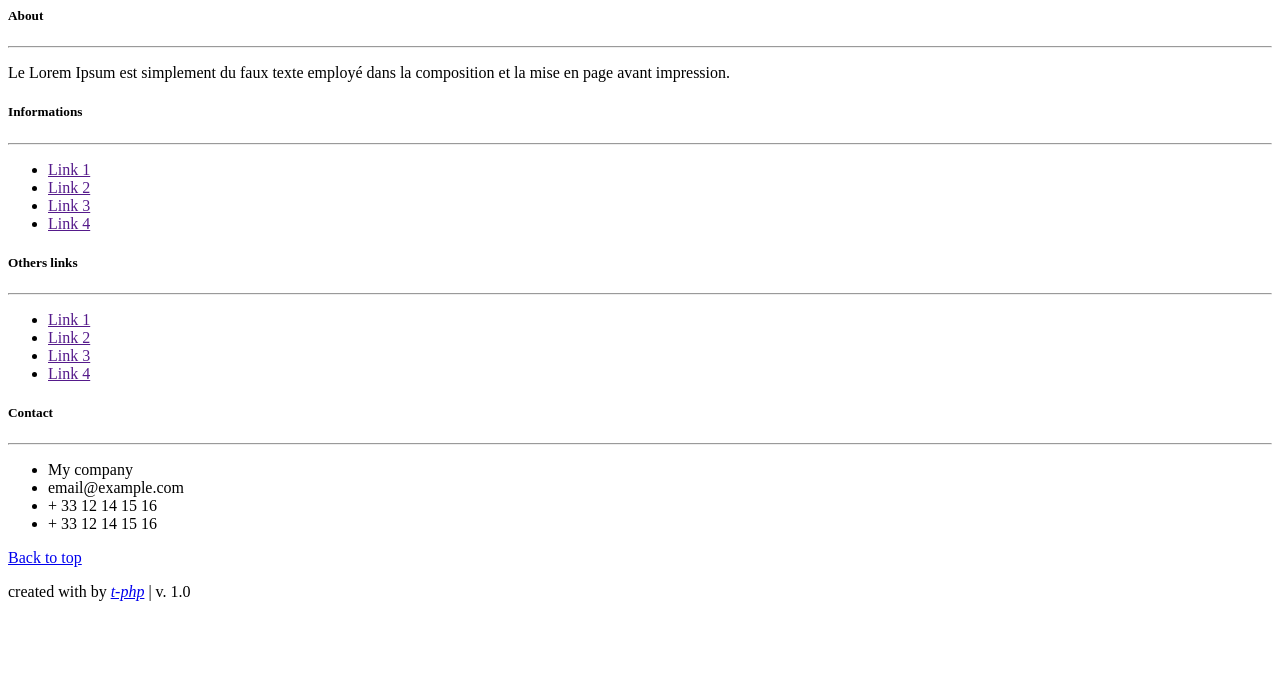
Repository: vule2809/LTW-20146307
Page: http://localhost/Banxemay_nhom10/common/user/footer.jsp
An editor plug-in stored every save of this project. The page is shown before and after the next save, followed by the edit.
The browser window is 1280 px wide. The pictures show the whole page.
The page is served by Tomcat 9. Nobody is signed in. The application's start-up code is not run. Other server files are loaded and not shown.

Above is the page before, as saved 2023-12-10 00:46:56.

### Banxemay_nhom10/src/main/webapp/common/user/footer.jsp
<%@ page language="java" contentType="text/html; charset=UTF-8"
    pageEncoding="UTF-8"%>

<!-- Footer -->
<footer class="text-light">
    <div class="container">
        <div class="row">
            <div class="col-md-3 col-lg-4 col-xl-3">
                <h5>About</h5>
                <hr class="bg-white mb-2 mt-0 d-inline-block mx-auto w-25">
                <p class="mb-0">
                    Le Lorem Ipsum est simplement du faux texte employé dans la composition et la mise en page avant impression.
                </p>
            </div>

            <div class="col-md-2 col-lg-2 col-xl-2 mx-auto">
                <h5>Informations</h5>
                <hr class="bg-white mb-2 mt-0 d-inline-block mx-auto w-25">
                <ul class="list-unstyled">
                    <li><a href="">Link 1</a></li>
                    <li><a href="">Link 2</a></li>
                    <li><a href="">Link 3</a></li>
                    <li><a href="">Link 4</a></li>
                </ul>
            </div>

            <div class="col-md-3 col-lg-2 col-xl-2 mx-auto">
                <h5>Others links</h5>
                <hr class="bg-white mb-2 mt-0 d-inline-block mx-auto w-25">
                <ul class="list-unstyled">
                    <li><a href="">Link 1</a></li>
                    <li><a href="">Link 2</a></li>
                    <li><a href="">Link 3</a></li>
                    <li><a href="">Link 4</a></li>
                </ul>
            </div>

            <div class="col-md-4 col-lg-3 col-xl-3">
                <h5>Contact</h5>
                <hr class="bg-white mb-2 mt-0 d-inline-block mx-auto w-25">
                <ul class="list-unstyled">
                    <li><i class="fa fa-home mr-2"></i> My company</li>
                    <li><i class="fa fa-envelope mr-2"></i> email@example.com</li>
                    <li><i class="fa fa-phone mr-2"></i> + 33 12 14 15 16</li>
                    <li><i class="fa fa-print mr-2"></i> + 33 12 14 15 16</li>
                </ul>
            </div>
            <div class="col-12 copyright mt-3">
                <p class="float-left">
                    <a href="#">Back to top</a>
                </p>
                <p class="text-right text-muted">created with <i class="fa fa-heart"></i> by <a href="https://t-php.fr/43-theme-ecommerce-bootstrap-4.html"><i>t-php</i></a> | <span>v. 1.0</span></p>
            </div>
        </div>
    </div>
</footer>

After the next save:
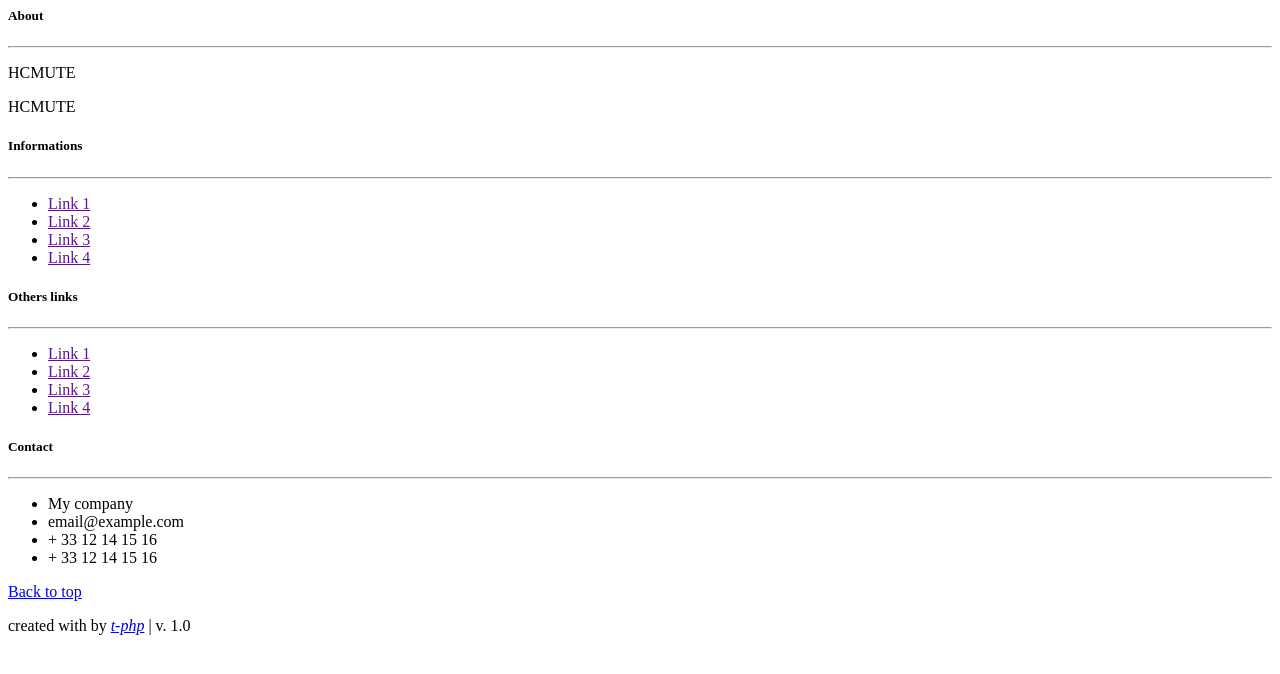
Saved 3 min 4 s later.
--- a/Banxemay_nhom10/src/main/webapp/common/user/footer.jsp
+++ b/Banxemay_nhom10/src/main/webapp/common/user/footer.jsp
@@ -1,56 +1,59 @@
 <%@ page language="java" contentType="text/html; charset=UTF-8"
-    pageEncoding="UTF-8"%>
+	pageEncoding="UTF-8"%>
 
 <!-- Footer -->
 <footer class="text-light">
-    <div class="container">
-        <div class="row">
-            <div class="col-md-3 col-lg-4 col-xl-3">
-                <h5>About</h5>
-                <hr class="bg-white mb-2 mt-0 d-inline-block mx-auto w-25">
-                <p class="mb-0">
-                    Le Lorem Ipsum est simplement du faux texte employé dans la composition et la mise en page avant impression.
-                </p>
-            </div>
+	<div class="container">
+		<div class="row">
+			<div class="col-md-3 col-lg-4 col-xl-3">
+				<h5>About</h5>
+				<hr class="bg-white mb-2 mt-0 d-inline-block mx-auto w-25">
+				<p class="mb-0">HCMUTE</p>
+				<p class="mb-0">HCMUTE</p>
+			</div>
 
-            <div class="col-md-2 col-lg-2 col-xl-2 mx-auto">
-                <h5>Informations</h5>
-                <hr class="bg-white mb-2 mt-0 d-inline-block mx-auto w-25">
-                <ul class="list-unstyled">
-                    <li><a href="">Link 1</a></li>
-                    <li><a href="">Link 2</a></li>
-                    <li><a href="">Link 3</a></li>
-                    <li><a href="">Link 4</a></li>
-                </ul>
-            </div>
+			<div class="col-md-2 col-lg-2 col-xl-2 mx-auto">
+				<h5>Informations</h5>
+				<hr class="bg-white mb-2 mt-0 d-inline-block mx-auto w-25">
+				<ul class="list-unstyled">
+					<li><a href="">Link 1</a></li>
+					<li><a href="">Link 2</a></li>
+					<li><a href="">Link 3</a></li>
+					<li><a href="">Link 4</a></li>
+				</ul>
+			</div>
 
-            <div class="col-md-3 col-lg-2 col-xl-2 mx-auto">
-                <h5>Others links</h5>
-                <hr class="bg-white mb-2 mt-0 d-inline-block mx-auto w-25">
-                <ul class="list-unstyled">
-                    <li><a href="">Link 1</a></li>
-                    <li><a href="">Link 2</a></li>
-                    <li><a href="">Link 3</a></li>
-                    <li><a href="">Link 4</a></li>
-                </ul>
-            </div>
+			<div class="col-md-3 col-lg-2 col-xl-2 mx-auto">
+				<h5>Others links</h5>
+				<hr class="bg-white mb-2 mt-0 d-inline-block mx-auto w-25">
+				<ul class="list-unstyled">
+					<li><a href="">Link 1</a></li>
+					<li><a href="">Link 2</a></li>
+					<li><a href="">Link 3</a></li>
+					<li><a href="">Link 4</a></li>
+				</ul>
+			</div>
 
-            <div class="col-md-4 col-lg-3 col-xl-3">
-                <h5>Contact</h5>
-                <hr class="bg-white mb-2 mt-0 d-inline-block mx-auto w-25">
-                <ul class="list-unstyled">
-                    <li><i class="fa fa-home mr-2"></i> My company</li>
-                    <li><i class="fa fa-envelope mr-2"></i> email@example.com</li>
-                    <li><i class="fa fa-phone mr-2"></i> + 33 12 14 15 16</li>
-                    <li><i class="fa fa-print mr-2"></i> + 33 12 14 15 16</li>
-                </ul>
-            </div>
-            <div class="col-12 copyright mt-3">
-                <p class="float-left">
-                    <a href="#">Back to top</a>
-                </p>
-                <p class="text-right text-muted">created with <i class="fa fa-heart"></i> by <a href="https://t-php.fr/43-theme-ecommerce-bootstrap-4.html"><i>t-php</i></a> | <span>v. 1.0</span></p>
-            </div>
-        </div>
-    </div>
+			<div class="col-md-4 col-lg-3 col-xl-3">
+				<h5>Contact</h5>
+				<hr class="bg-white mb-2 mt-0 d-inline-block mx-auto w-25">
+				<ul class="list-unstyled">
+					<li><i class="fa fa-home mr-2"></i> My company</li>
+					<li><i class="fa fa-envelope mr-2"></i> email@example.com</li>
+					<li><i class="fa fa-phone mr-2"></i> + 33 12 14 15 16</li>
+					<li><i class="fa fa-print mr-2"></i> + 33 12 14 15 16</li>
+				</ul>
+			</div>
+			<div class="col-12 copyright mt-3">
+				<p class="float-left">
+					<a href="#">Back to top</a>
+				</p>
+				<p class="text-right text-muted">
+					created with <i class="fa fa-heart"></i> by <a
+						href="https://t-php.fr/43-theme-ecommerce-bootstrap-4.html"><i>t-php</i></a>
+					| <span>v. 1.0</span>
+				</p>
+			</div>
+		</div>
+	</div>
 </footer>
